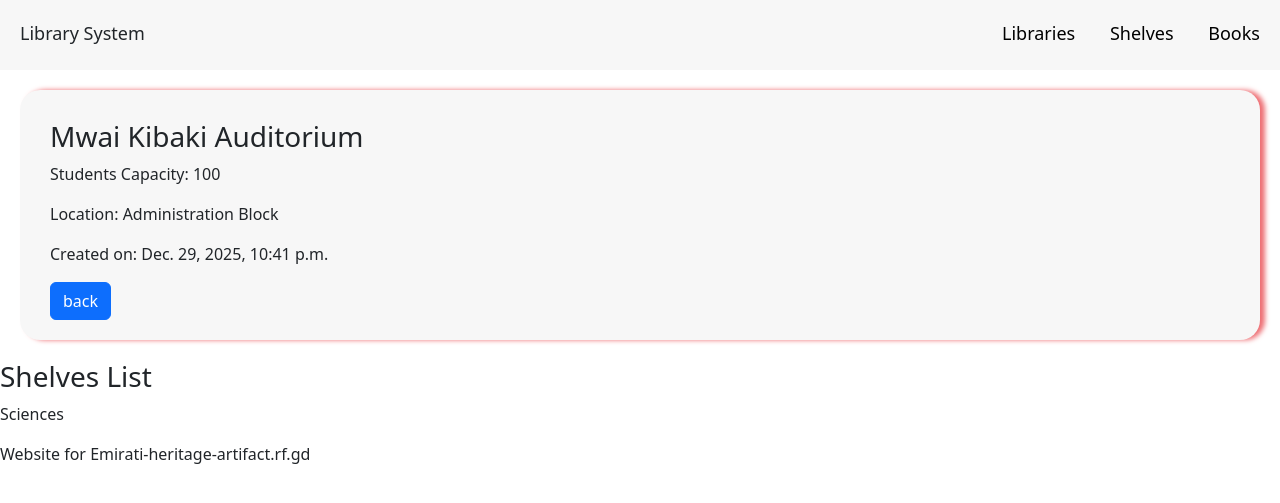
Repository: Mbote-Joseph/Library-Shelves-Books-Managements
Page: http://localhost/library-details/1
An editor plug-in stored every save of this project. The page is shown before and after the next save, followed by the edit.
The browser window is 1280 px wide. The pictures show the whole page.
The page is served by the project's application, run on Django 5.2 (manage.py). Other server files are loaded and not shown. The page reads the database file committed with the project.

Above is the page before, as saved 2026-01-01 19:42:52.

### books/templates/books/library_detailview.html
{% extends "base.html" %}

{% block title %}
    {{library.name}}
{% endblock %}


<div class="container">
{% block content %}
        <div class ="library">
            <h3> {{library.name}} </h3>
            <p> Students Capacity: {{library.students_capacity}} </p>
            <p> Location: {{library.location}} </p>
            <p> Created on: {{library.created_on}} </p>
            <a class="btn btn-primary" href="{% url 'libraries' %}"> back  </a>
        </div>

        <h3> Shelves List </h3>
        {% for shelf in shelves %}
        <p> {{shelf.label}}

        {% endfor %}
{% endblock %}
</div>

### static/templates/base.html
{% load static %}
<!doctype html>
<html lang="en">
  <head>
    <meta charset="utf-8">
    <meta name="viewport" content="width=device-width, initial-scale=1">
    <title>
        {% block title %}

        {% endblock %}
    </title>
    <link href="https://cdn.jsdelivr.net/npm/bootstrap@5.3.8/dist/css/bootstrap.min.css" rel="stylesheet" integrity="sha384-sRIl4kxILFvY47J16cr9ZwB07vP4J8+LH7qKQnuqkuIAvNWLzeN8tE5YBujZqJLB" crossorigin="anonymous">
    <link rel="stylesheet" type='text/css' href="{% static 'css/styles.css' %}">
  </head>
  <body>
    <nav class="nav">
      <span> Library System </span>
      <span>
        <ul>
          <a href="{% url 'libraries' %}"> Libraries </a>
          <a href="{% url 'shelves' %}"> Shelves </a>
          <a href="{% url 'books' %}"> Books </a>
        </ul>
      </span>

    </nav>

    {% block content %}

    {% endblock %}


    <script src="https://cdn.jsdelivr.net/npm/bootstrap@5.3.8/dist/js/bootstrap.bundle.min.js" integrity="sha384-FKyoEForCGlyvwx9Hj09JcYn3nv7wiPVlz7YYwJrWVcXK/BmnVDxM+D2scQbITxI" crossorigin="anonymous"></script>
  </body>
</html>

### books/models.py
from django.db import models

# Create your models here.
class Library(models.Model):
    name = models.CharField(max_length=50)
    students_capacity = models.IntegerField()
    location = models.CharField(max_length=100)
    created_on = models.DateTimeField(auto_now_add=True)

    def __str__(self):
        return f"{self.name} - {self.location}"

class Shelf(models.Model):
    label = models.CharField(max_length=50)
    books_capacity = models.CharField()
    library = models.ForeignKey(Library, on_delete=models.CASCADE, related_name='shelves')
    created_on = models.DateTimeField(auto_now_add=True)

    def __str__(self):
        return f"{self.label} On {self.library} Library"

class Book(models.Model):
    title = models.CharField(max_length=100)
    author = models.CharField(max_length=100)
    isbn = models.CharField(max_length=10)
    description = models.TextField()
    is_published = models.BooleanField(default=False)
    is_new = models.BooleanField(default=False)
    shelf = models.ForeignKey(Shelf, on_delete=models.CASCADE, related_name='books')

    def __str__(self):
        return f"{self.title} By {self.author}"

### books/views.py
from django.shortcuts import render
from django.views.generic import ListView, DetailView, CreateView

from books.forms import  BookForm, LibraryForm, ShelfForm

from .models import Library, Shelf, Book

# Create your views here.
class LibraryListView(ListView):
    model = Library
    context_object_name = "libraries"
    queryset = Library.objects.all()
    template_name = 'books/library_view.html'

class ShelfListView(ListView):
    model = Shelf
    context_object_name = "shelves"
    queryset = Shelf.objects.all()
    template_name = 'books/shelf_view.html'


class BookListView(ListView):
    model = Book
    context_object_name = "books"
    queryset = Book.objects.all()
    template_name = 'books/book_view.html'

class LibraryDetailView(DetailView):
    model = Library
    context_object_name = 'library'
    template_name = "books/library_detailview.html"

    def get_context_data(self, **kwargs):
        context = super().get_context_data(**kwargs)
        context['shelves'] = self.object.shelves.all()
        return context

class ShelfDetailView(DetailView):
    model = Shelf
    context_object_name = 'shelf'
    template_name = 'books/shelf_detailview.html'

class BookDetailView(DetailView):
    model = Book
    context_object_name = 'book'
    template_name = 'books/book_detailview.html'

class LibraryCreate(CreateView):
    model = Library
    context_object_name = 'library'
    form_class = LibraryForm
    http_method_names = ['get', 'post', 'put', 'patch', 'delete', 'head', 'options', 'trace']
    template_name = "books/library_form.html"
    success_url = 'libraries'


class ShelfCreate(CreateView):
    model = Shelf
    context_object_name = 'shelf'
    form_class = ShelfForm
    http_method_names = ['get', 'post', 'put', 'patch', 'delete', 'head', 'options', 'trace']
    template_name = "books/shelf_form.html"
    success_url = 'shelf'

class BookCreate(CreateView):
    model = Book
    form_class = BookForm
    context_object_name = 'book'
    http_method_names = ['get', 'post', 'put', 'patch', 'delete', 'head', 'options', 'trace']
    template_name = 'books/book_form.html'
    success_url = 'book'

### learn/urls.py
"""
URL configuration for learn project.

The `urlpatterns` list routes URLs to views. For more information please see:
    https://docs.djangoproject.com/en/6.0/topics/http/urls/
Examples:
Function views
    1. Add an import:  from my_app import views
    2. Add a URL to urlpatterns:  path('', views.home, name='home')
Class-based views
    1. Add an import:  from other_app.views import Home
    2. Add a URL to urlpatterns:  path('', Home.as_view(), name='home')
Including another URLconf
    1. Import the include() function: from django.urls import include, path
    2. Add a URL to urlpatterns:  path('blog/', include('blog.urls'))
"""
from django.contrib import admin
from django.urls import path, include

urlpatterns = [
    path('admin/', admin.site.urls),
    path('', include('books.urls'))
]

### books/urls.py
from django.urls import path

from books.views import BookCreate, BookDetailView, BookListView, LibraryDetailView, LibraryListView, ShelfCreate, ShelfDetailView, ShelfListView, LibraryCreate

urlpatterns = [
    path('', LibraryListView.as_view(), name = 'libraries'),
    path('libraries', LibraryListView.as_view(), name = 'libraries'),
    path('shelf', ShelfListView.as_view(), name = 'shelves'),
    path('book', BookListView.as_view(), name="books"),
    path("library-details/<int:pk>", LibraryDetailView.as_view(), name="library.details"),
    path('shelf-details/<int:pk>', ShelfDetailView.as_view(), name="shelf.details"),
    path("book-details/<int:pk>", BookDetailView.as_view(), name = "book.details"),
    path('library-create', LibraryCreate.as_view(), name="library.create"),
    path('shelf-create', ShelfCreate.as_view(), name="shelf.create"),
    path('book-create', BookCreate.as_view(), name="book.create"),
]

### static/css/styles.css
/**
 * Copyright 2025 josephmbote
 *
 * Licensed under the Apache License, Version 2.0 (the "License");
 * you may not use this file except in compliance with the License.
 * You may obtain a copy of the License at
 *
 *     https://www.apache.org/licenses/LICENSE-2.0
 *
 * Unless required by applicable law or agreed to in writing, software
 * distributed under the License is distributed on an "AS IS" BASIS,
 * WITHOUT WARRANTIES OR CONDITIONS OF ANY KIND, either express or implied.
 * See the License for the specific language governing permissions and
 * limitations under the License.
 */

.nav{
    left: 0;
    top: 0;
    width: 100%;
    background-color: #f7f7f7;
    font-size: large;
    font-style: 'Times New Roman';
    height: 70px;
    padding: 20px;
    display: flex;
    justify-content: space-between;
}
.nav a{
    margin-left: 30px;
    text-decoration: none;
    color: black;
}

.library {
    min-width: 300px;
    /* min-width: 200px; */
    height: 250px;
    /* max-height: 400px; */
    background-color: #f7f7f7;
    box-shadow: 5px 0 5px 0 #ee6e73;
    border: none;
    margin: 20px;
    padding: 30px;
    border-radius: 20px;
}

.cards{
    display: flex;
    flex-wrap: wrap;

}

.shelf {
    width: 300px;
    /* min-width: 200px; */
    height: 250px;
    /* max-height: 400px; */
    background-color: #f7f7f7;
    box-shadow: 5px 0 5px 0 #ee6e73;
    border: none;
    margin: 20px;
    padding: 30px;
    border-radius: 20px;
}

.book {
    width: 300px;
    /* min-width: 200px; */
    height: 300px;
    /* max-height: 400px; */
    background-color: #f7f7f7;
    box-shadow: 5px 0 5px 0 #ee6e73;
    border: none;
    margin: 20px;
    padding: 30px;
    border-radius: 20px;
}

### db.sqlite3 (the tables this page reads, as SQL)
CREATE TABLE "books_library" ("id" integer NOT NULL PRIMARY KEY AUTOINCREMENT, "name" varchar(50) NOT NULL, "students_capacity" integer NOT NULL, "location" varchar(100) NOT NULL, "created_on" datetime NOT NULL);
INSERT INTO "books_library" VALUES
(1, 'Mwai Kibaki Auditorium', 100, 'Administration Block', '2025-12-29 22:41:55.696199'),
(2, 'Nelson Mandela Anex', 85, 'NSC', '2025-12-29 22:42:34.244470'),
(3, 'JM Kariuku Wing', 75, 'SCC Department', '2025-12-30 11:00:04.766333'),
(4, 'Joseph Mbote STEM Library', 56, 'Technology House', '2025-12-31 18:37:10.968556'),
(5, 'Computer Science Library', 50, 'SCC', '2025-12-31 18:39:11.248294'),
(6, 'Grade 1', 20, 'Nairobi Annex', '2025-12-31 18:41:43.779190');

CREATE TABLE "books_shelf" ("id" integer NOT NULL PRIMARY KEY AUTOINCREMENT, "label" varchar(50) NOT NULL, "books_capacity" varchar NOT NULL, "created_on" datetime NOT NULL, "library_id" bigint NOT NULL REFERENCES "books_library" ("id") DEFERRABLE INITIALLY DEFERRED);
INSERT INTO "books_shelf" VALUES
(1, 'Sciences', '1000', '2025-12-29 22:43:06.109364', 1),
(2, 'Maths', '500', '2025-12-30 11:05:21.466271', 3),
(3, 'Website for Emirati-heritage-artifact.rf.gd', '1000', '2025-12-31 18:53:06.133470', 1),
(4, 'Sciences', '1000', '2025-12-31 19:54:00.426027', 2),
(5, 'Sciences', '1000', '2025-12-31 19:54:25.057330', 2);

After the next save:
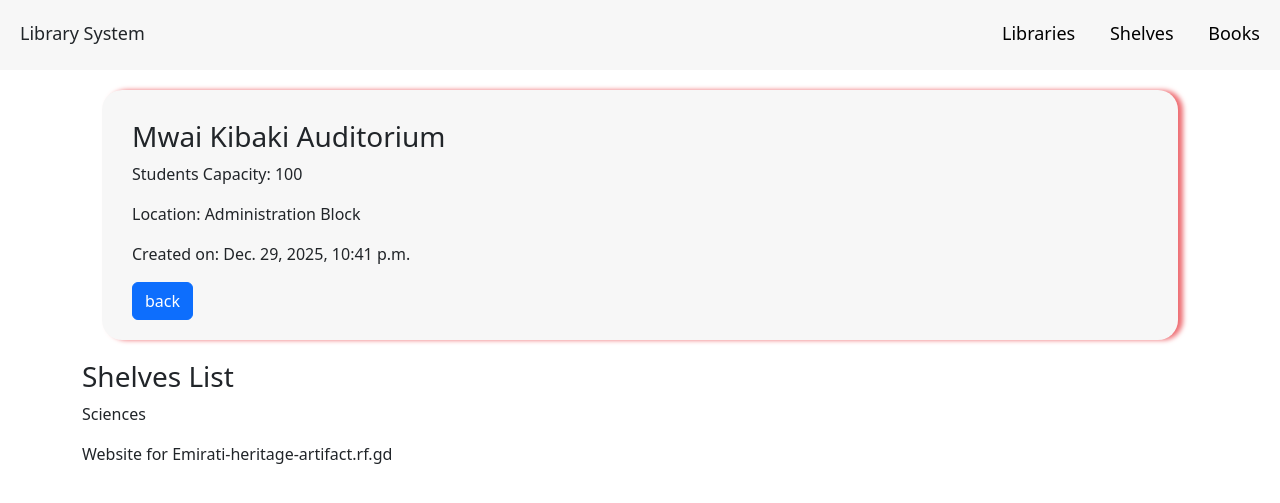
Saved 28 s later.
--- a/books/templates/books/library_detailview.html
+++ b/books/templates/books/library_detailview.html
@@ -4,9 +4,9 @@
     {{library.name}}
 {% endblock %}
 
+{% block content %}
+<div class="container">
 
-<div class="container">
-{% block content %}
         <div class ="library">
             <h3> {{library.name}} </h3>
             <p> Students Capacity: {{library.students_capacity}} </p>
@@ -20,5 +20,6 @@
         <p> {{shelf.label}}
 
         {% endfor %}
+
+</div>
 {% endblock %}
-</div>
